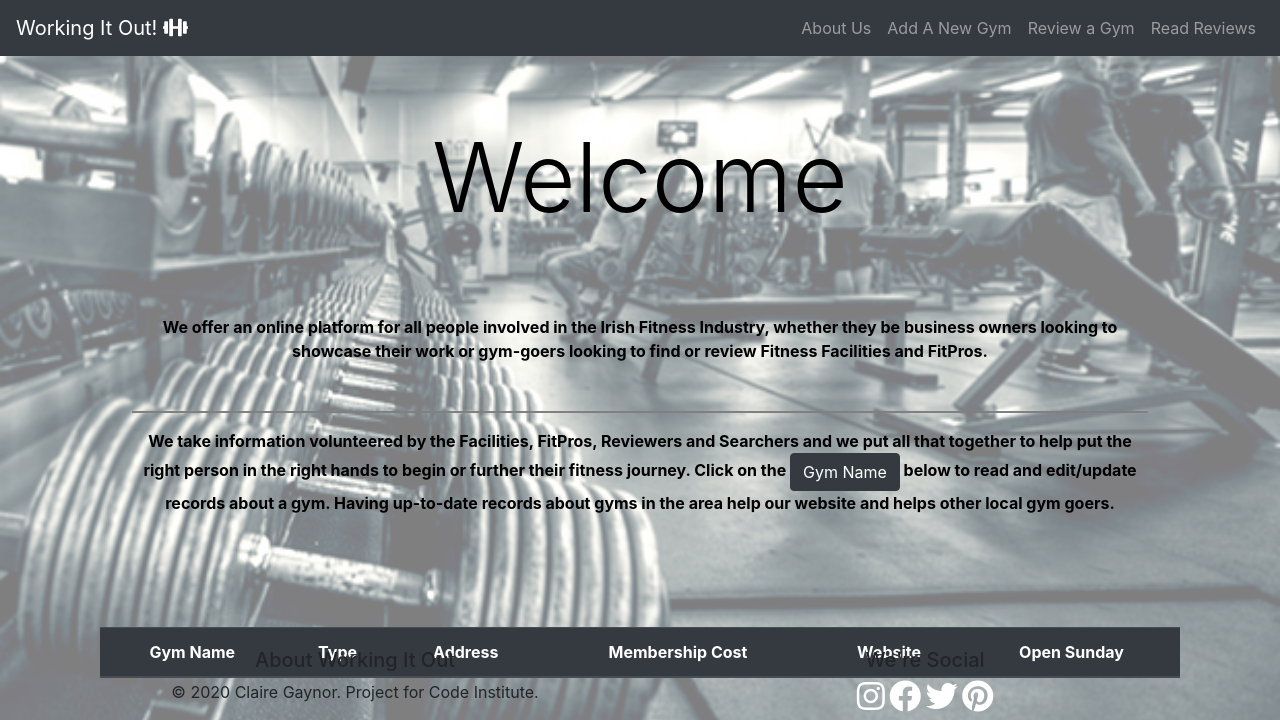
Repository: cgaynor91/Working_It_Out
Page: http://localhost/
The author's editor kept a record of every edit. The page is drawn from the files as they stood at one moment, then again after the next edit.
The browser window is 1280 px wide. The pictures show the whole page.
Some web libraries are served in a nearby version. The page is served by the project's application, run on Flask 3 (app.py). Queries for data that is not in the repository find no rows.

Above is the page before.

After the next edit:
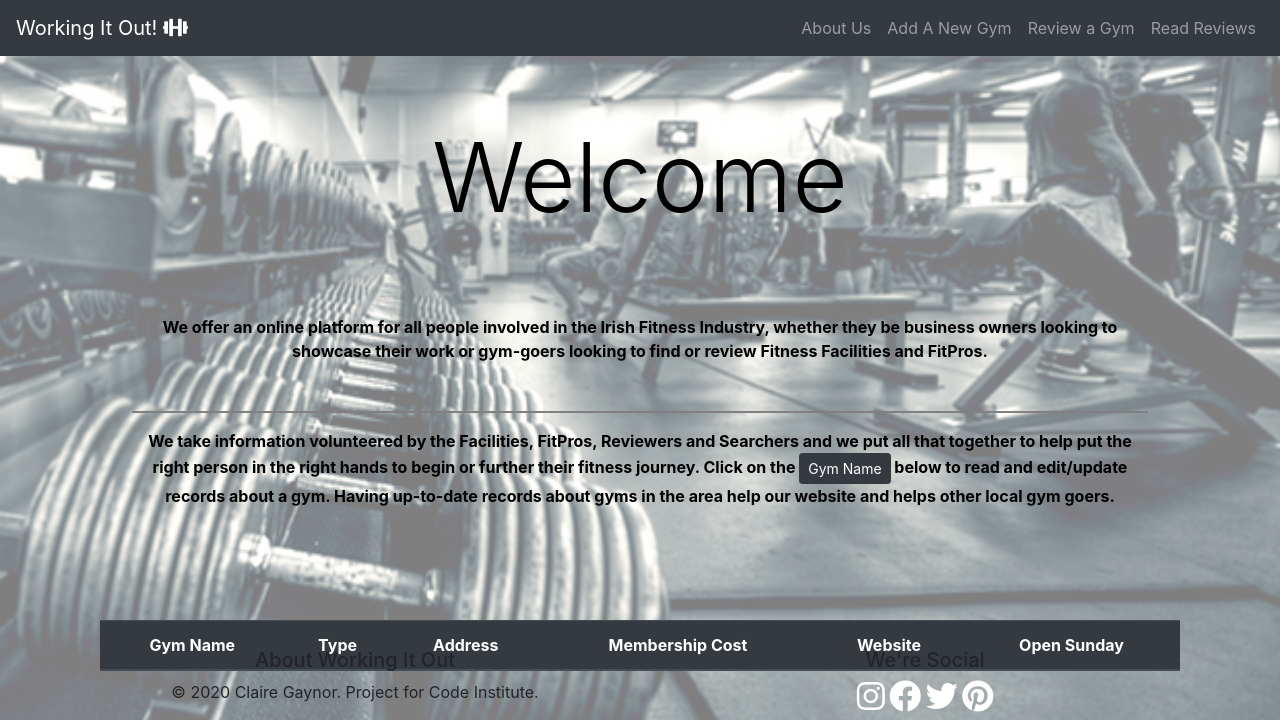
The edit:
--- a/templates/home.html
+++ b/templates/home.html
@@ -7,7 +7,7 @@
     <h1 class="display-3">Welcome</h1>
     <p class="welcome-para"></b>We offer an online platform for all people involved in the Irish Fitness Industry, whether they be business owners looking to showcase their work or gym-goers looking to find or review Fitness Facilities and FitPros.</p>
     <hr>
-    <p class="welcome-para">We take information volunteered by the Facilities, FitPros, Reviewers and Searchers and we put all that together to help put the right person in the right hands to begin or further their fitness journey. Click on the <button type="button" class="btn btn-dark">Gym Name</button>     below to read and edit/update records about a gym. Having up-to-date records about gyms in the area help our website and helps other local gym goers.</p>
+    <p class="welcome-para">We take information volunteered by the Facilities, FitPros, Reviewers and Searchers and we put all that together to help put the right person in the right hands to begin or further their fitness journey. Click on the <button type="button" class="btn btn-dark btn-sm">Gym Name</button>     below to read and edit/update records about a gym. Having up-to-date records about gyms in the area help our website and helps other local gym goers.</p>
    </div>
   </div>
  </div>
